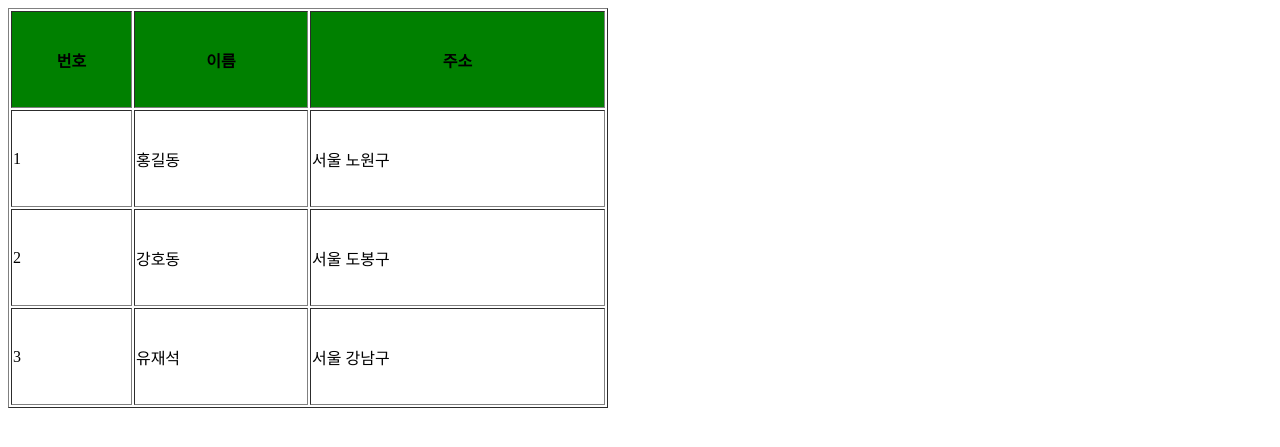
Repository: sungeunbyeol/Nowon-ezen-jsp
Page: test/WebContent/test08.html
The author's editor kept a copy of each file at every save. The page is drawn from the files as they stood at one save, then again after the next save.
The browser window is 1280 px wide. The pictures show the whole page.

Above is the page before, as saved 2021-11-02 03:23:07.

After the next save:
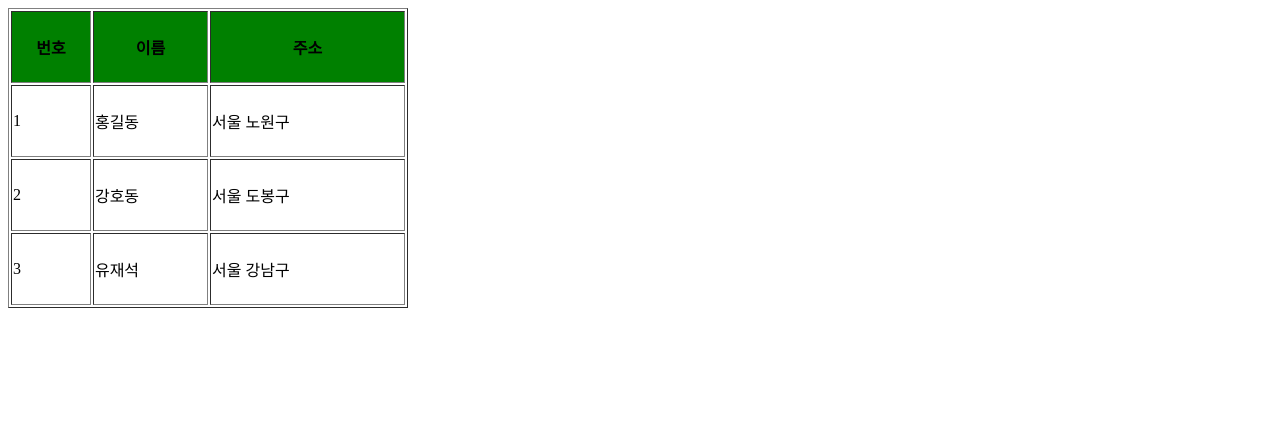
Saved 26 s later.
--- a/test/WebContent/test08.html
+++ b/test/WebContent/test08.html
@@ -6,7 +6,7 @@
 <title>표만들기</title>
 </head>
 <body>
-	<table border="1"  width="600" height="400">
+	<table border="1"  width="400" height="300">
 		<tr bgcolor="green">
 			<th>번호</th>
 			<th>이름</th>
